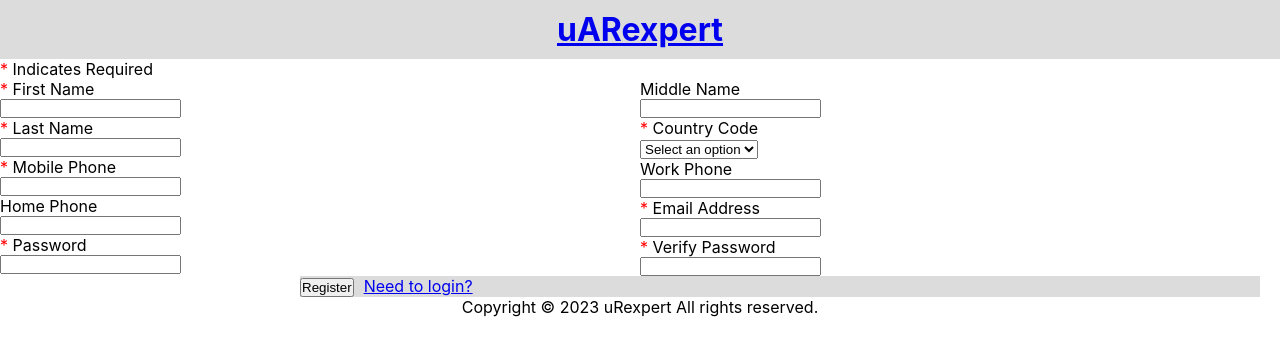
Repository: onionNguyen/Senior-Design-Project
Page: /register (app in frontend/)
The author's editor kept a copy of each file at every save. The page is drawn from the files as they stood at one save, then again after the next save.
The browser window is 1280 px wide. The pictures show the whole page.
The page's requests for data from a server got no answer. The project was rebuilt for these pictures with package versions that can differ from the ones it lists, and the page was loaded fresh each time. No one was signed in, and anything a server would have sent is missing. Also part of the build but not shown: frontend/src/components/sidenav/SideNav.module.css, frontend/src/components/sidenav/SideNav.js, frontend/src/components/pages/edit-user-profile/EditProfile.module.css, frontend/src/components/pages/edit-user-profile/EditProfile.js, frontend/src/components/pages/login/Login.module.css, frontend/src/components/pages/login/Login.js, frontend/src/components/pages/home/Home.module.css, frontend/src/components/pages/error/Unauthorized.js and 4 more.

Above is the page before, as saved 2023-10-27 15:31:58.

After the next save:
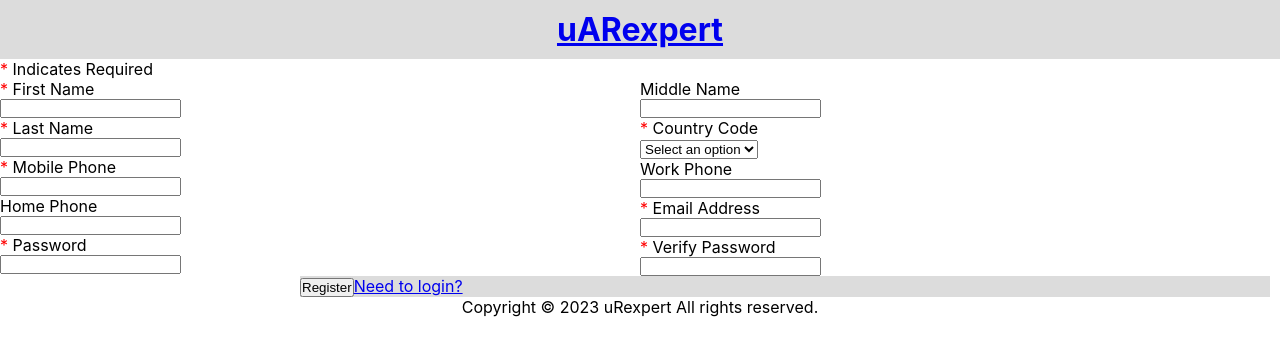
Saved 16 s later.
--- a/frontend/src/components/pages/registration/Register.module.css
+++ b/frontend/src/components/pages/registration/Register.module.css
@@ -14,6 +14,6 @@
   margin-right: 20px;
 }
 
-.button-ribbon button {
+.button-ribbon {
   margin-right: 10px;
 }

After the save that followed:
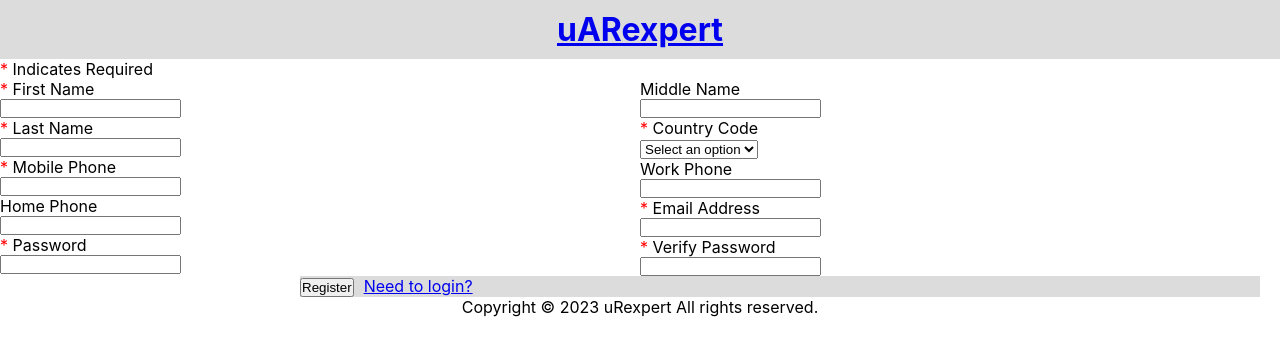
Saved 7 s later.
--- a/frontend/src/components/pages/registration/Register.module.css
+++ b/frontend/src/components/pages/registration/Register.module.css
@@ -14,6 +14,6 @@
   margin-right: 20px;
 }
 
-.button-ribbon {
+.button-ribbon button {
   margin-right: 10px;
 }
